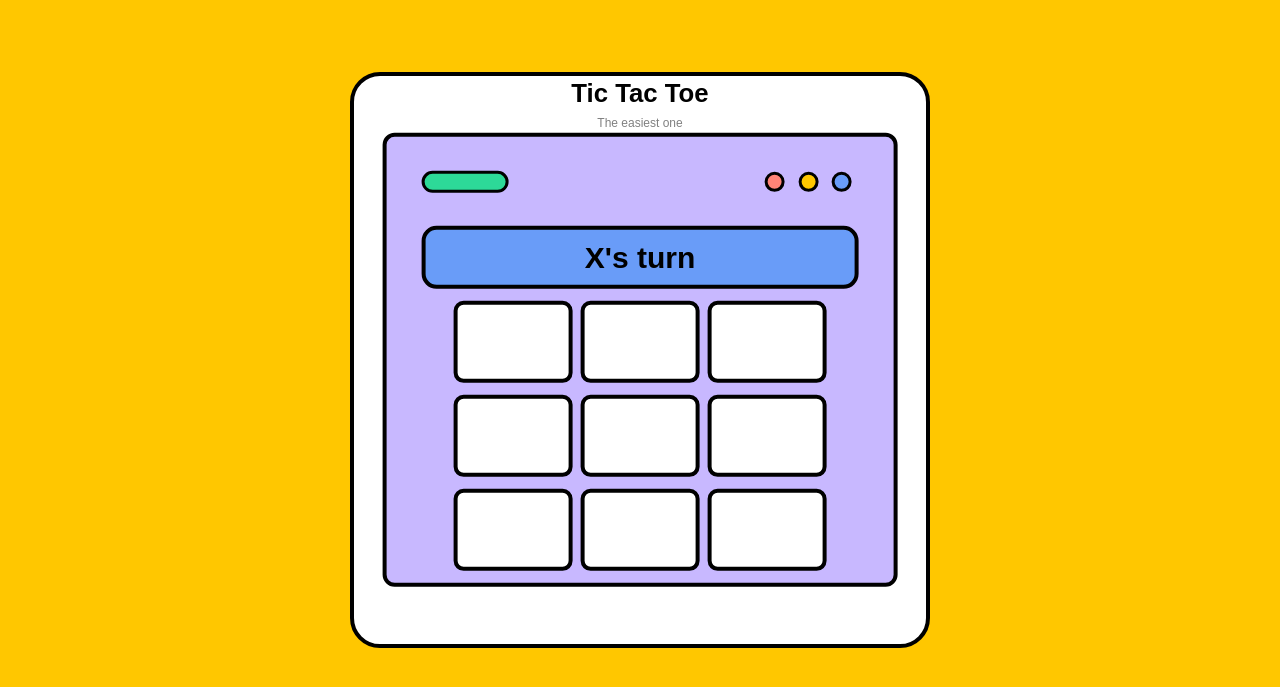
Repository: ThisIsSahaj/Js-Projects
Page: TIcTacToe/index.html
An editor plug-in stored every save of this project. The page is shown before and after the next save, followed by the edit.
The browser window is 1280 px wide. The pictures show the whole page.

Above is the page before, as saved 2024-05-04 11:47:06.

### TIcTacToe/index.html
<!DOCTYPE html>
<html lang="en">
<head>
    <meta charset="UTF-8">
    <meta http-equiv="X-UA-Compatible" content="IE=edge">
    <meta name="viewport" content="width=device-width, initial-scale=1.0">
    <title>Tic Tac Toe</title>
    <link rel="stylesheet" href="style.css">
    <link rel="stylesheet" href="https://cdnjs.cloudflare.com/ajax/libs/font-awesome/6.0.0/css/all.min.css" integrity="sha512-9usAa10IRO0HhonpyAIVpjrylPvoDwiPUiKdWk5t3PyolY1cOd4DSE0Ga+ri4AuTroPR5aQvXU9xC6qOPnzFeg==" crossorigin="anonymous" referrerpolicy="no-referrer" />

</head>
<body>


        <div class="phoneUi">

            <div class="notch">
              <h3>Tic Tac Toe</h3>
              <p>The easiest one</p>
            </div>

            <div class="screen" >

                <div class="screenHeader" >

                    <div class="greenBars">

                        <span  style="background-color: #2DD998;"></span>
                        <!-- <span  style="background-color: #FFC700;"></span>
                        <span  style="background-color: #FFC700;"></span> -->
                    </div>

                    <div class="circleDiv">
                       <span  style=" background-color: #FF8477;" ></span>
                       <span  style=" background-color: #FFC700;" ></span>
                       <span  style=" background-color: #699CF8;" ></span>
                    </div>

                </div>

                <div class="displayDiv">
                      <p class="display"></p>
                </div>

                <div class="content scrollbar">
                    <div class="gameBox">
                       <div class="cell"></div>
                       <div class="cell"></div>
                       <div class="cell"></div>
                       <div class="cell"></div>
                       <div class="cell"></div>
                       <div class="cell"></div>
                       <div class="cell"></div>
                       <div class="cell"></div>
                       <div class="cell"></div>
                    </div>
                </div>

            </div>

        </div>
</body>

<script src="script.js"></script>
</html>

### TIcTacToe/style.css
/* COLOR PALETTE */

/*

yellow    #FFC700
red       #FF8477
green     #2DD998
blue      #699CF8
purple    #C8B8FF
orange    #EF4F1E

*/



*{
    margin: 0;
    padding: 0;
    box-sizing: border-box;
    outline: none;
    font-family: 'whyte', Arial, Helvetica, sans-serif;
}

body{
    background-color: #FFC700;
    display: flex;
    flex-wrap: wrap;
}



/* CURSORS */
html{
    cursor: url('/assets/images/PointerBody.png'), auto;
}

 button {
    cursor: url('/assets/images/PointerHover.png'), auto;
}

.notch p, h3, input {
    cursor: url('/assets/images/PointerText.png'), auto;

}





/* PHONE UI */
.phoneUi{
    border: 4px solid black;
    width: 580px;
    height: 80%;
    border-radius: 30px;
    background-color: white;
    position: absolute;
    top: 50%;
    left: 50%;
    transform: translate(-50%,-50%);
    text-align: center;
}

.notch{
    width: 100%;
    height: 10%;
    color: black;
    display: flex;
    flex-direction: column;
    align-items: center;
    justify-content: center;
    font-size: 22px;
    gap: 8px;
}

.notch p {
    color: grey;
    font-size: 12px;
}







/* SCREEN */
.screen{
    width: 90%;
    height: 80%;
    padding: 0px 35px;
    position: absolute;
    top: 50%;
    left: 50%;
    transform: translate(-50%,-50%);
    background-color: #C8B8FF;
    border: 4px solid black;
    color: black;
    border-radius: 12px;
    font-weight: bold;
}

.screenHeader {
    /* border: 2px solid green; */
    display: flex;
    justify-content: space-between;
    align-items: center;
    height: 20%;
}


.greenBars{
    width: 40%;
    display: flex;
    justify-content: start;
    gap: 10px;
}

.greenBars span {
    border-radius: 12px;
    border: 3px solid black;
    width: 50%;
    height: 22px;
 }

.circleDiv {
    display: flex;
    justify-content: space-around;
    width: 100px;
}

.circleDiv span {
    width: 20px;
    height: 20px;
    border-radius: 12px;
    border: 3px solid black;
}





/* INPUT FIELD */

.displayDiv{
    /* border: 2px solid green; */
    height: 14%;
}

.display{
    width: 100%;
    height: 100%;
    border-radius: 15px;
    color: black;
    padding: 20px;
    font-size: 30px;
    background-color: #699CF8;
    border: 4px solid black;
    display: flex;
    justify-content: center;
    align-items: center;
}





/* MAIN CONTENT */
.content{
    /* border: 2px solid green; */
    width: 100%;
    overflow: auto;
    height: 66%;
    padding: 0px 10px;
}

.gameBox{
    width: 100%;
    height: 100%;
    /* border: 2px solid green; */
    padding: 10px;
    display: flex;
    justify-content: center;
    align-items: center;
    flex-wrap: wrap;
    gap: 8px;

}
.cell{
    width: 30%;
    height: 30%;
    border: 4px solid black;
    background-color: white;
    border-radius: 10px;
    font-size: 90px;
    display: flex;
    justify-content: center;
    align-items: center;
    font-family: cursive
}





/* SCROLLBAR */
.scrollbar::-webkit-scrollbar {
    width: 12px;
}

.scrollbar::-webkit-scrollbar-track {
    background-color: transparent;
    border-radius: 8px;
}

.scrollbar::-webkit-scrollbar-thumb {
    background-color: white;
    border: 2px solid black;
    border-radius: 8px;
}






/* CLASSES HANDLED BY JS */

.error{
    animation: shake 0.1s linear 4;
}
@keyframes shake {
    0%{
        transform: translateX(0);
    }
    25%{
        transform: translateX(-2px);
    }
    50%{
        transform: translateX(0);
    }
    75%{
        transform: translateX(2px);
    }
    100%{
        transform: translateX(0);
    }
}






/* RESPONSIVE  */


@media (max-width: 648px)
{
    .phoneUi{
        width: 440px;
    }

}


@media (max-width: 475px)
{
    .screen{
        padding: 0px 10px;
    }
    .phoneUi{
        width: 340px;
    }
    .notch{
        font-size: 18px;
    }
    .notch p {
        color: grey;
        font-size: 10px;
    }

}

@media (max-height: 500px)
{
    .notch h3 {
        font-size: 14px;
    }
}

### TIcTacToe/script.js
const cells = document.querySelectorAll('.cell');
const display = document.querySelector('.display');

let xTurn = true;
display.innerText = "X's turn"
let count = -1;

const winCombinations = [
    [0, 1, 2],
    [0, 3, 6],
    [0, 4, 8],
    [1, 4, 7],
    [2, 5, 8],
    [2, 4, 6],
    [3, 4, 5],
    [6, 7, 8],
];

const handleClick = (cell) => {
    // console.log('clicked');
    // console.log(cell);

    count++;
    let curCell = cell.target;

    console.log(curCell);

    if (xTurn) {
        curCell.innerText = 'X';
        display.innerText = "O's turn"
        xTurn = false;
    }
    else{
        curCell.innerText = 'O';
        display.innerText = "X's turn"
        xTurn = true;
    }

    getWinner();
    if (count == 9) {

        checkDraw();
    }

}


cells.forEach((element)=>{
    element.addEventListener('click', handleClick, {once:true}        // so that a cell can be clicked only once
     )
})

const showWinner = (winner) => {
    display.innerText = `${winner} won 🍾`;
}

const getWinner = () => {

    for(let combinations of winCombinations)
    {
        // console.log(combinations);
        // console.log(combinations[0], combinations[1],combinations[2]);

        // console.log(cells[combinations[0]], cells[combinations[1]], cells[combinations[2]]);

        const pos1 = cells[combinations[0]].innerText;
        const pos2 = cells[combinations[1]].innerText;
        const pos3 = cells[combinations[2]].innerText;

        if (pos1 != "", pos2 != "", pos3 != "") {

            if (pos1 === pos2 && pos2 === pos3) {
                showWinner(pos1);
                return true;
            }
        }

    }
    return false;
}

const checkDraw = () => {
    cells.forEach(cell => {
        if(cell.innerText !== "" && !getWinner() )
        {
            display.innerText = "Draw!";
        }
    })
}

After the next save:
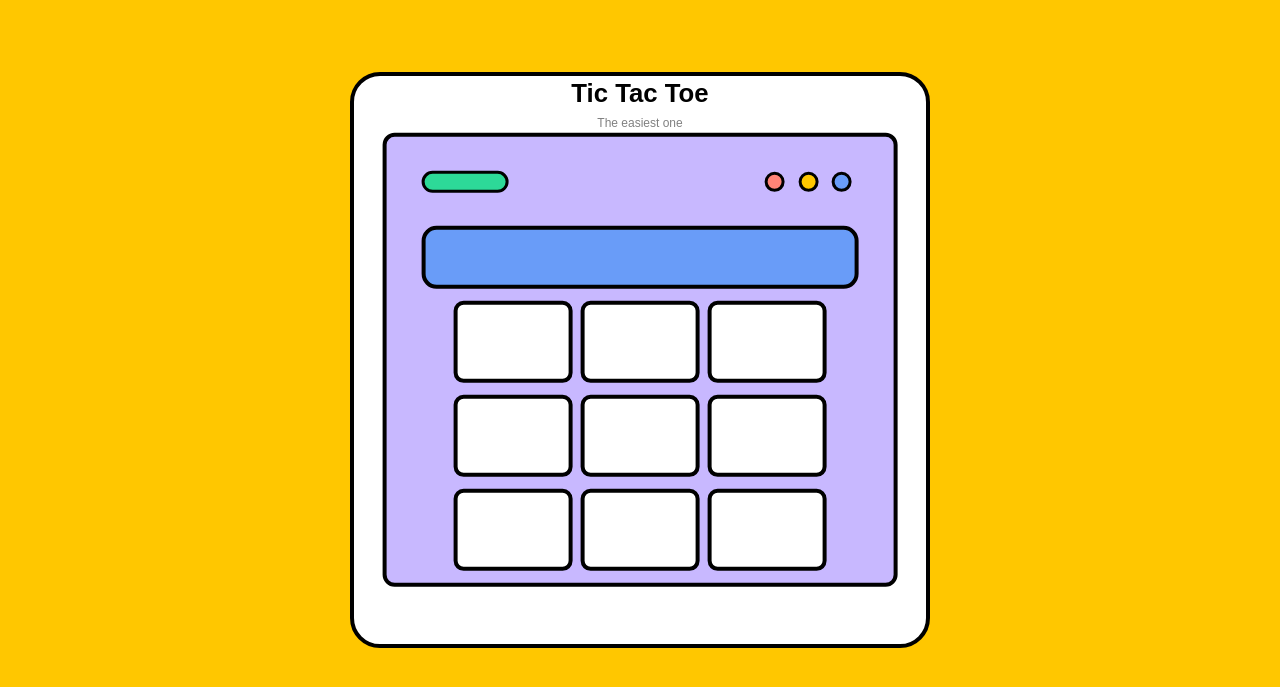
Console error: SyntaxError: Illegal break statement
Saved 32 s later.
--- a/TIcTacToe/script.js
+++ b/TIcTacToe/script.js
@@ -21,6 +21,11 @@
     // console.log(cell);
 
     count++;
+    if (count == 9) {
+
+        checkDraw();
+        break;
+    }
     let curCell = cell.target;
 
     console.log(curCell);
@@ -37,10 +42,7 @@
     }
 
     getWinner();
-    if (count == 9) {
 
-        checkDraw();
-    }
 
 }
 

After the save that followed:
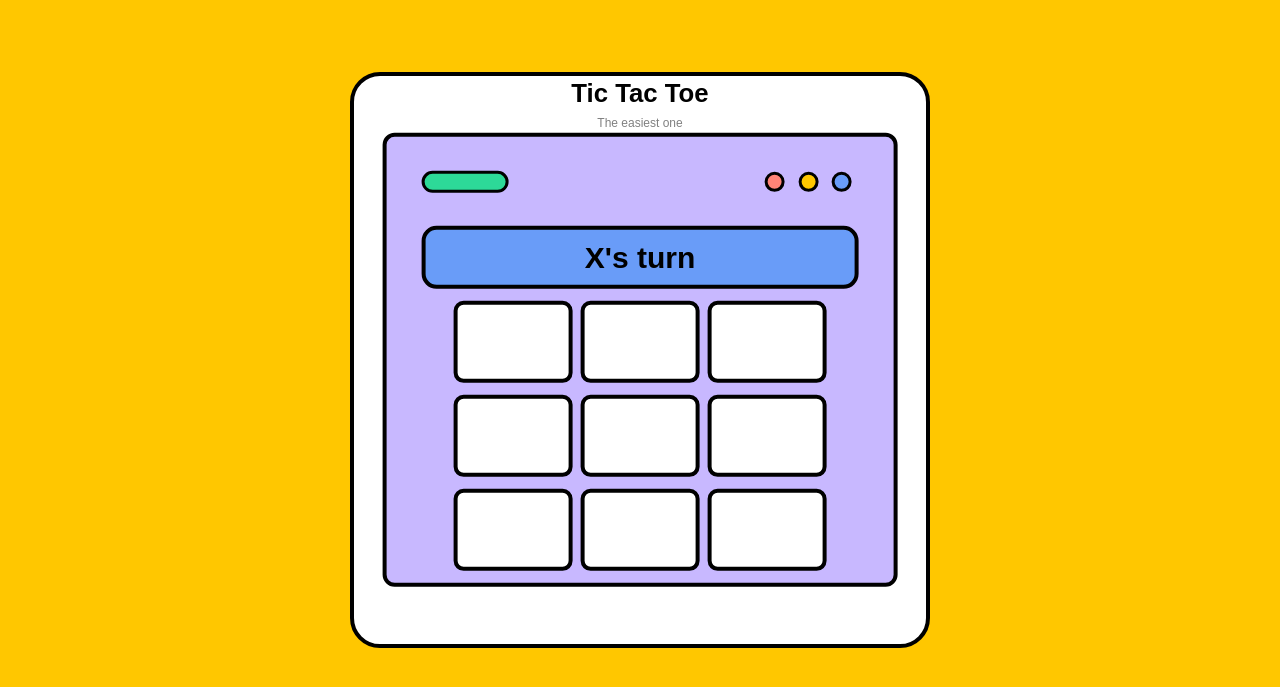
The error is gone.
Saved 7 s later.
--- a/TIcTacToe/script.js
+++ b/TIcTacToe/script.js
@@ -24,7 +24,6 @@
     if (count == 9) {
 
         checkDraw();
-        break;
     }
     let curCell = cell.target;
 
